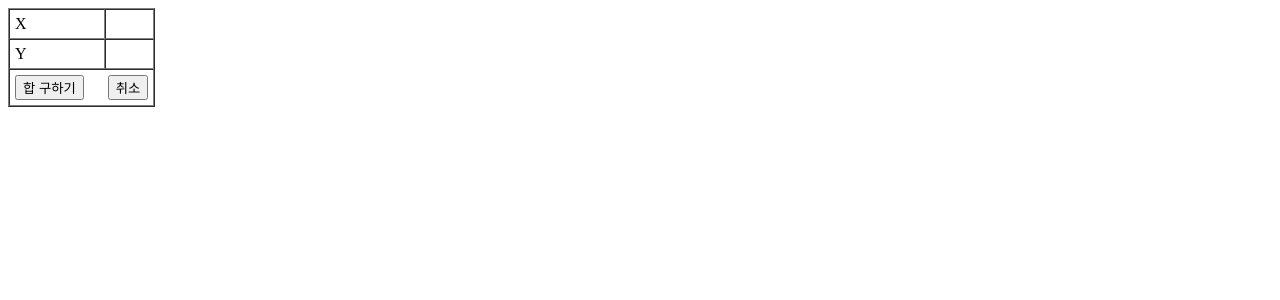
Repository: dahye1013/java-basic-learning
Page: http://localhost/memberJSP/input.jsp
The author's editor kept a copy of each file at every save. The page is drawn from the files as they stood at one save, then again after the next save.
The browser window is 1280 px wide. The pictures show the whole page.
The page is served by Tomcat 9.

Above is the page before, as saved 2020-06-08 07:21:39.

After the next save:
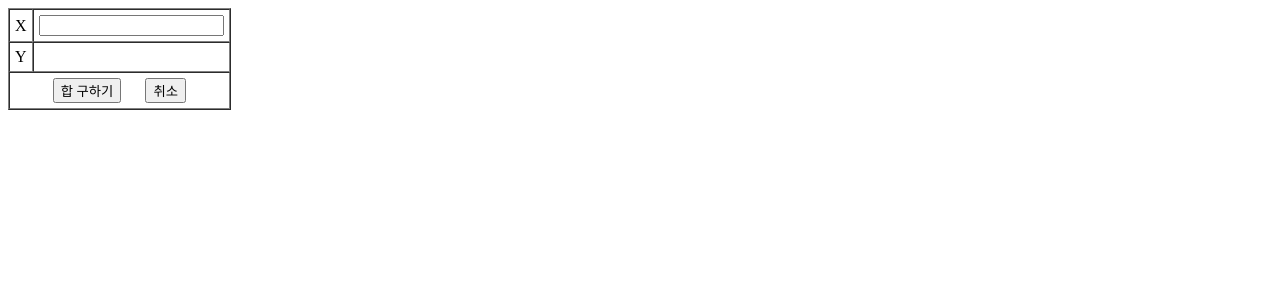
Saved 31 s later.
--- a/memberJSP/WebContent/input.jsp
+++ b/memberJSP/WebContent/input.jsp
@@ -10,7 +10,7 @@
 		<table border="1" cellspacing="0" cellpadding="5">
 			<tr>
 				<td>X</td>
-				<td></td>
+				<td><input type="text" name="x"></td>
 			</tr>
 			<tr>
 				<td>Y</td>
